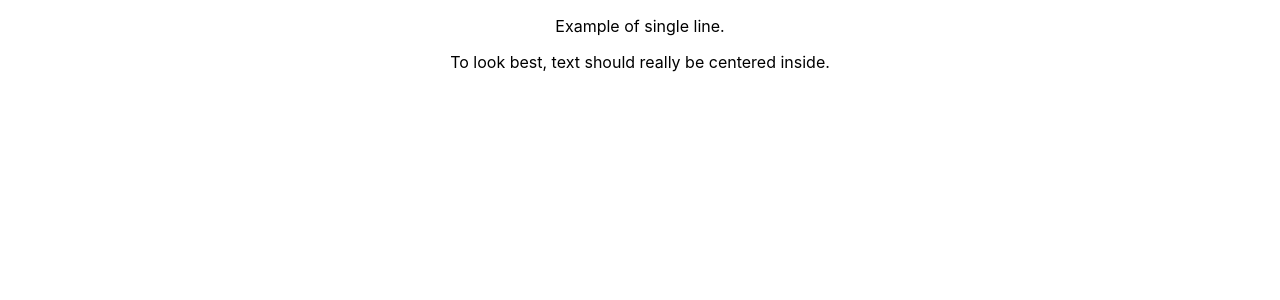
Repository: fdhhhdjd/Redux-Toolkit-CURD-Firebase
Page: /view/4
The author's editor kept a copy of each file at every save. The page is drawn from the files as they stood at one save, then again after the next save.
The browser window is 1280 px wide. The pictures show the whole page.
The project was rebuilt for these pictures with package versions that can differ from the ones it lists, and the page was loaded fresh each time. Also part of the build but not shown: src/Styles/Home.css, src/Component/Home.js, src/Styles/AddEdit.css, src/Component/AddEdit.js.

Above is the page before, as saved 2021-10-24 21:46:30.

After the next save:
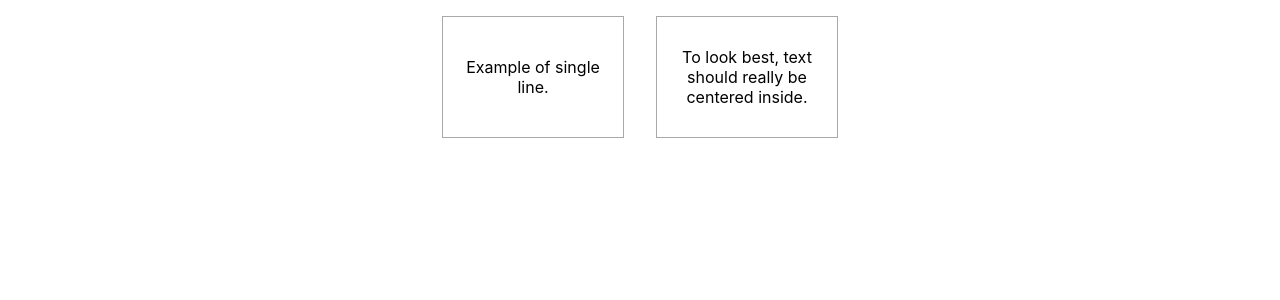
Saved 12 s later.
--- a/src/Styles/View.css
+++ b/src/Styles/View.css
@@ -1,25 +1,15 @@
-.card {
-    width: 30%;
-    display: flex;
-    flex-direction: column;
-    border: 1px red solid;
-    align-content: center;
-    margin: 0 auto;
-
-  }
-
-  .card-header {
-    height: 30%;
-    background: #5d6770;
-    color: white;
-    text-align: center;
-
-  }
-
-  .card-header p {
-    font-size: 20px;
-  }
-  .container {
-    display: table;
-    padding: 5px 16px;
-  }
+.inline {
+  display: inline-block;
+  margin: 1em;
+}
+.wrap {
+  display: table;
+  height:  100px;
+  width:   160px;
+  padding: 10px;
+  border:  thin solid darkgray;
+}
+.wrap p {
+  display:        table-cell;
+  vertical-align: middle;
+}
